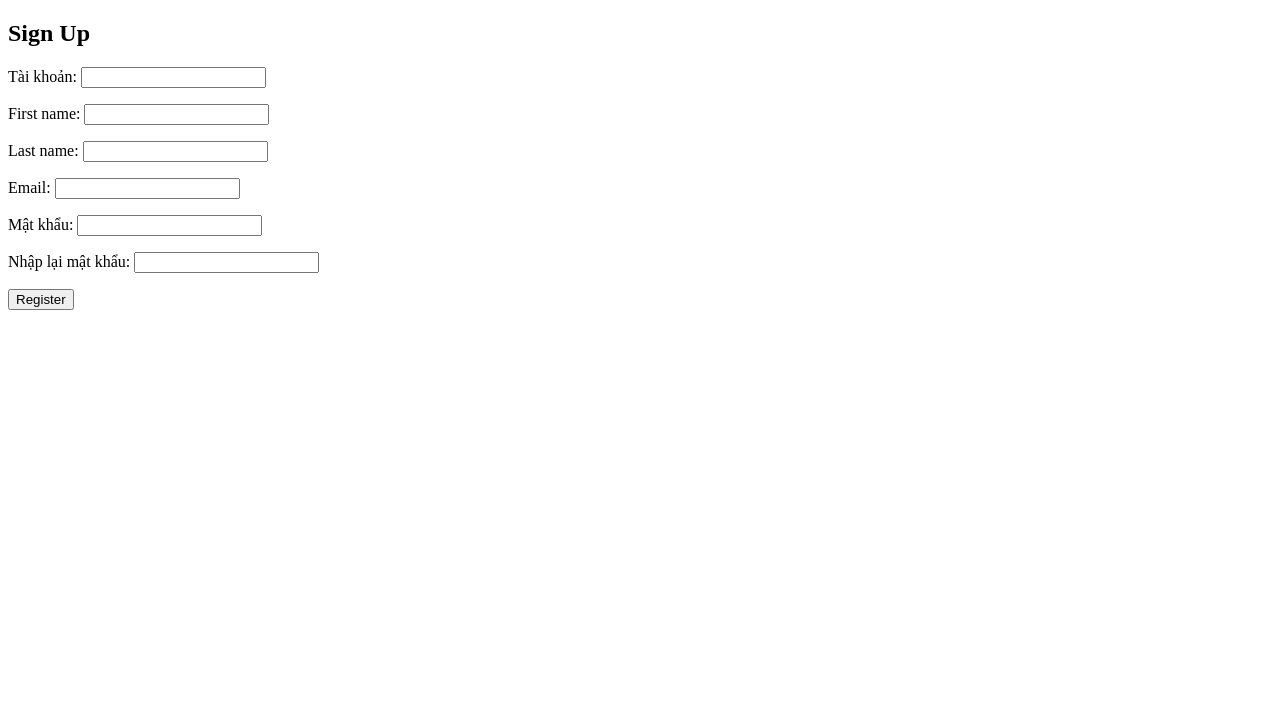
Repository: vanmai1912/CouresePJ
Page: http://localhost/register/
An editor plug-in stored every save of this project. The page is shown before and after the next save, followed by the edit.
The browser window is 1280 px wide. The pictures show the whole page.
The page is served by the project's application, run on Django 4.2 (manage.py). Other server files are loaded and not shown.

Above is the page before, as saved 2023-03-21 16:13:13.

### Courses/templates/polls/register.html
<!doctype html>
<html lang="en">
<head>
    <meta charset="UTF-8">
    <meta name="viewport"
          content="width=device-width, user-scalable=no, initial-scale=1.0, maximum-scale=1.0, minimum-scale=1.0">
    <meta http-equiv="X-UA-Compatible" content="ie=edge">
    <title>Document</title>
</head>
<body>

    <form action="." method="POST">
        <h2 class='form__title'>Sign Up</h2>
        {% csrf_token %}
        {{form.as_p}}
        <input type="submit" value="Register">
    </form>

</body>
</html>

### Courses/form.py
from django import forms
from django.contrib.auth.models import User
from django.core.exceptions import ObjectDoesNotExist
import re


class RegistraionForm(forms.Form):
    username = forms.CharField(label='Tài khoản', max_length=30)
    first_name = forms.CharField(label='First name', max_length=30)
    last_name = forms.CharField(label='Last name', max_length=50)
    email = forms.EmailField(label='Email')
    password1 = forms.CharField(label='Mật khẩu', widget=forms.PasswordInput())
    password2 = forms.CharField(label='Nhập lại mật khẩu', widget=forms.PasswordInput())

    def clean_password2(self):
        if 'password1' in self.cleaned_data:
            password1 = self.cleaned_data['password1']
            password2 = self.cleaned_data['password2']
            if password1 == password2 and password1:
                return password2
        raise forms.ValidationError("Mật khẩu không hợp lệ")

    def clean_username(self):
        username = self.cleaned_data['username']
        if not re.search(r'^\w+$', username):
            raise forms.ValidationError("Tên tài khoản không hợp lệ")
        try:
            User.objects.get(username=username)
        except ObjectDoesNotExist:
            return username
        raise forms.ValidationError("Tài khoản đã tồn tại")

    def save(self):
        User.objects.create_user(username=self.cleaned_data['username'],
                                 email=self.cleaned_data['email'],
                                 password=self.cleaned_data['password1'],
                                 first_name=self.cleaned_data['first_name'],
                                 last_name=self.cleaned_data['last_name'])



class Login_Form(forms.Form):
    def get_login(self):
        username = self.cleaned_data['password1']
        password = self.cleaned_data['password2']

### Courses/views.py
from django.contrib.auth import authenticate
from django.shortcuts import render, redirect
# from paypal.pro.forms import PaymentForm
# from paypalrestsdk import Payment

from .static import *
from .form import RegistraionForm

from django.shortcuts import render

from django.http import HttpResponse, HttpResponseRedirect
from rest_framework import viewsets, generics, permissions
from .models import Course, Teacher, Category, Payment as PaymentModel
from .serializers import CourseSerializer,  TeacherSerializer, CategorySerializer


def login(request):
    return render(request, '.polls/layout/login.html')

# def logout(request):
#     logout(request)
#     return redirect('login')
def classes(request):
    queryset = queryset = Course.objects.all()
    return render(request, 'polls/classes.html', {'queryset': queryset})


def register(request):
    form = RegistraionForm()
    if request.method == 'POST':
        form = RegistraionForm(request.POST)
        if form.is_valid():
            form.save()
            return HttpResponseRedirect('/')
    return render(request, 'polls/register.html', {'form': form})





def index(request):

    return render(request, 'polls/index.html')




# def payment(request):
#     if request.method == 'POST':
#         payment_id = request.POST.get('payment_id')
#         payment = Payment.find(payment_id)
#         if payment.state == 'approved':
#             if payment.payer.payer_info.email.endswith('sb-ofp47n25314048@personal.example.com'):
#                 payment_info = payment.to_dict()
#                 payment_model = PaymentModel(
#                     payment_id=payment_info['id'],
#                     payer_id=payment_info['payer']['payer_info']['payer_id'],
#                     payment_amount=payment_info['transactions'][0]['amount']['total']
#                 )
#                 payment_model.save()
#                 return HttpResponse('Thanh toán thành công')
#             else:
#                 error_message = 'Thanh toán không thành công'
#         else:
#             error_message = 'Thanh toán không thành công'
#     else:
#         form = PaymentForm()
#         error_message = None
#     return render(request, 'Classes.html', {'form': form, 'error_message': error_message})




# class CourseViewSet(viewsets.ModelViewSet):
#     queryset = Course.objects.all()
#     serializer_class = CourseSerializer
#     #permission_classes = [permissions.IsAuthenticated]
#
#
# class UserViewSet(viewsets.ViewSet, generics.CreateAPIView, generics.ListAPIView,
#                   generics.RetrieveAPIView
#                   ):
#     queryset = User.objects.filter(is_active=True)
#     serializer_class = UserSerializer
#     permission_classes = [permissions.IsAuthenticated]
#
#
#
# class TeacherViewSet(viewsets.ModelViewSet):
#     queryset = Teacher.objects.all()
#     serializer_class = TeacherSerializer
#     permission_classes = [permissions.IsAuthenticated]
#
#
# class CategoryViewSet(viewsets.ModelViewSet):
#     queryset = Category.objects.all()
#     serializer_class = CategorySerializer
#
#
#
# class registerViewSet(viewsets.ModelViewSet):
#     queryset = register.objects.all()
#     serializer_class = registerSerializer









# Create your views here.

# Create your views here.

### Courses/urls.py
from django.contrib import admin
from django.contrib.auth.views import LoginView
from django.urls import path, include
from . import views
from rest_framework.routers import DefaultRouter
from django.contrib.auth import views as auth_views

# router = DefaultRouter()
# router.register("categories", views.CategoryViewSet)
# router.register("courses", views.CourseViewSet)
# router.register("users", views.UserViewSet)
# router.register("teachers", views.TeacherViewSet)
# router.register("register", views.registerViewSet)


urlpatterns = [
    path('', views.index, name=''),
    path('login/', LoginView.as_view(), name='login'),
    path('classes/', views.classes, name="classes"),
    path('logout/', auth_views.LogoutView.as_view(next_page='/'), name='logout'),
    path('register/', views.register, name='register'),
    path('admin/', admin.site.urls, name='admin'),
   # path('payment/',views.payment,name='payment')

]

### Courses/static/css/login.css
html {
    height: 100%;
  }
  body {
    margin:0;
    padding:0;
    font-family: sans-serif;
    background: linear-gradient(#141e30, #243b55);
  }

  .login-box {
    position: absolute;
    top: 50%;
    left: 50%;
    width: 400px;
    padding: 40px;
    transform: translate(-50%, -50%);
    background: rgba(0,0,0,.5);
    box-sizing: border-box;
    box-shadow: 0 15px 25px rgba(0,0,0,.6);
    border-radius: 10px;
  }

  .login-box h2 {
    margin: 0 0 30px;
    padding: 0;
    color: #fff;
    text-align: center;
  }

  .login-box .user-box {
    position: relative;
  }

  .login-box .user-box input {
    width: 100%;
    padding: 10px 0;
    font-size: 16px;
    color: #fff;
    margin-bottom: 30px;
    border: none;
    border-bottom: 1px solid #fff;
    outline: none;
    background: transparent;
  }
  .login-box .user-box label {
    position: absolute;
    top:0;
    left: 0;
    padding: 10px 0;
    font-size: 16px;
    color: #fff;
    pointer-events: none;
    transition: .5s;
  }

  .login-box .user-box input:focus ~ label,
  .login-box .user-box input:valid ~ label {
    top: -20px;
    left: 0;
    color: #03e9f4;
    font-size: 12px;
  }

  .login-box form a {
    position: relative;
    display: inline-block;
    padding: 10px 20px;
    color: #03e9f4;
    font-size: 16px;
    text-decoration: none;
    text-transform: uppercase;
    overflow: hidden;
    transition: .5s;
    margin-top: 40px;
    letter-spacing: 4px
  }

  .login-box a:hover {
    background: #03e9f4;
    color: #fff;
    border-radius: 5px;
    box-shadow: 0 0 5px #03e9f4,
                0 0 25px #03e9f4,
                0 0 50px #03e9f4,
                0 0 100px #03e9f4;
  }

  .login-box a span {
    position: absolute;
    display: block;
  }

  .login-box a span:nth-child(1) {
    top: 0;
    left: -100%;
    width: 100%;
    height: 2px;
    background: linear-gradient(90deg, transparent, #03e9f4);
    animation: btn-anim1 1s linear infinite;
  }

  @keyframes btn-anim1 {
    0% {
      left: -100%;
    }
    50%,100% {
      left: 100%;
    }
  }

  .login-box a span:nth-child(2) {
    top: -100%;
    right: 0;
    width: 2px;
    height: 100%;
    background: linear-gradient(180deg, transparent, #03e9f4);
    animation: btn-anim2 1s linear infinite;
    animation-delay: .25s
  }

  @keyframes btn-anim2 {
    0% {
      top: -100%;
    }
    50%,100% {
      top: 100%;
    }
  }

  .login-box a span:nth-child(3) {
    bottom: 0;
    right: -100%;
    width: 100%;
    height: 2px;
    background: linear-gradient(270deg, transparent, #03e9f4);
    animation: btn-anim3 1s linear infinite;
    animation-delay: .5s
  }

  @keyframes btn-anim3 {
    0% {
      right: -100%;
    }
    50%,100% {
      right: 100%;
    }
  }

  .login-box a span:nth-child(4) {
    bottom: -100%;
    left: 0;
    width: 2px;
    height: 100%;
    background: linear-gradient(360deg, transparent, #03e9f4);
    animation: btn-anim4 1s linear infinite;
    animation-delay: .75s
  }

  @keyframes btn-anim4 {
    0% {
      bottom: -100%;
    }
    50%,100% {
      bottom: 100%;
    }
  }
  input[type='submit']{
    background-color: transparent;
    color: #fff;
    border: none;
    font-size: 24px;
    font-weight: 500;
  }

After the next save:
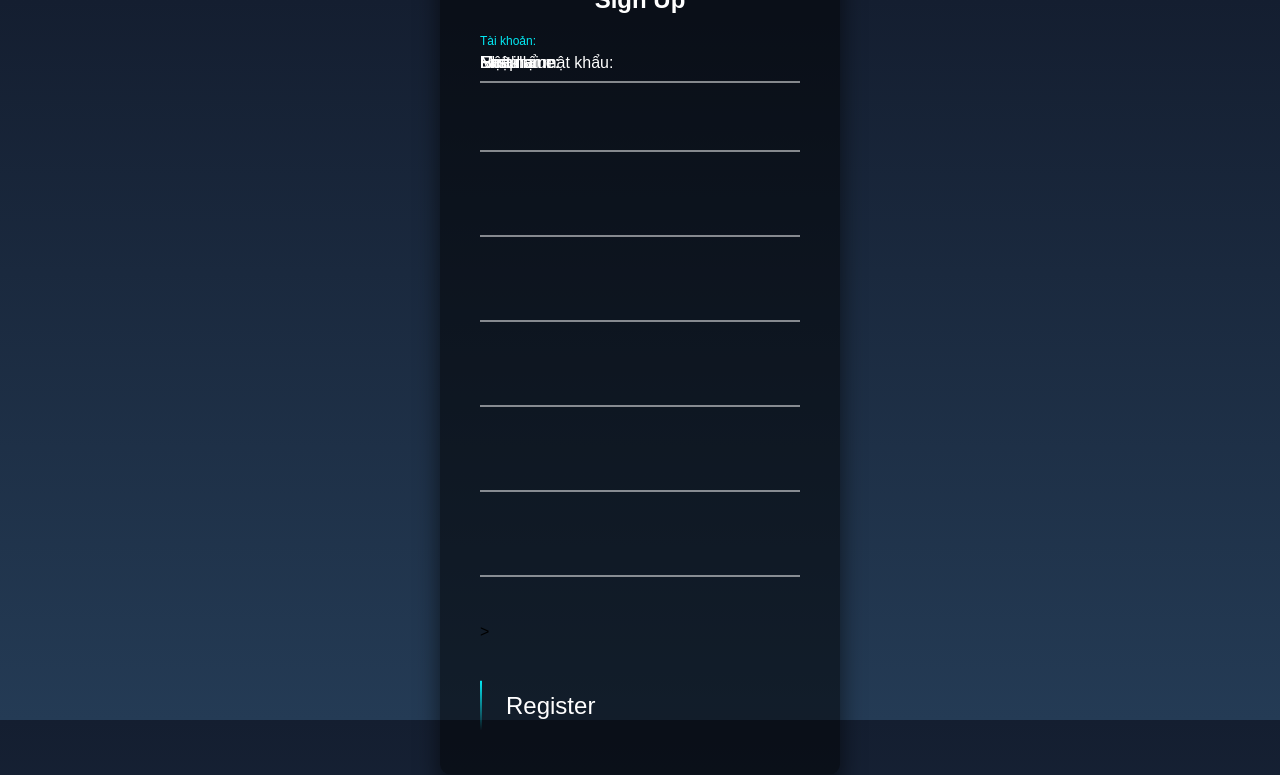
Saved 5 min 17 s later.
--- a/Courses/templates/polls/register.html
+++ b/Courses/templates/polls/register.html
@@ -2,19 +2,33 @@
 <html lang="en">
 <head>
     <meta charset="UTF-8">
+    {% load static %}
     <meta name="viewport"
           content="width=device-width, user-scalable=no, initial-scale=1.0, maximum-scale=1.0, minimum-scale=1.0">
     <meta http-equiv="X-UA-Compatible" content="ie=edge">
+    <link rel="stylesheet" href="{% static 'css/login.css' %}">
     <title>Document</title>
 </head>
 <body>
+    <div class="login-box">
+        <h2 class='form__title'>Sign Up</h2>
+    <form action="." method="POST">
 
-    <form action="." method="POST">
-        <h2 class='form__title'>Sign Up</h2>
         {% csrf_token %}
-        {{form.as_p}}
-        <input type="submit" value="Register">
+        <div class="user-box">
+            <input type="text" {{form.as_p}} >
+            <label></label>
+          </div>
+
+        <a href="#">
+            <span></span>
+            <span></span>
+            <span></span>
+            <span></span>
+            <input type="submit" value="Register">
+          </a>
+
     </form>
-
+</div>
 </body>
 </html>
